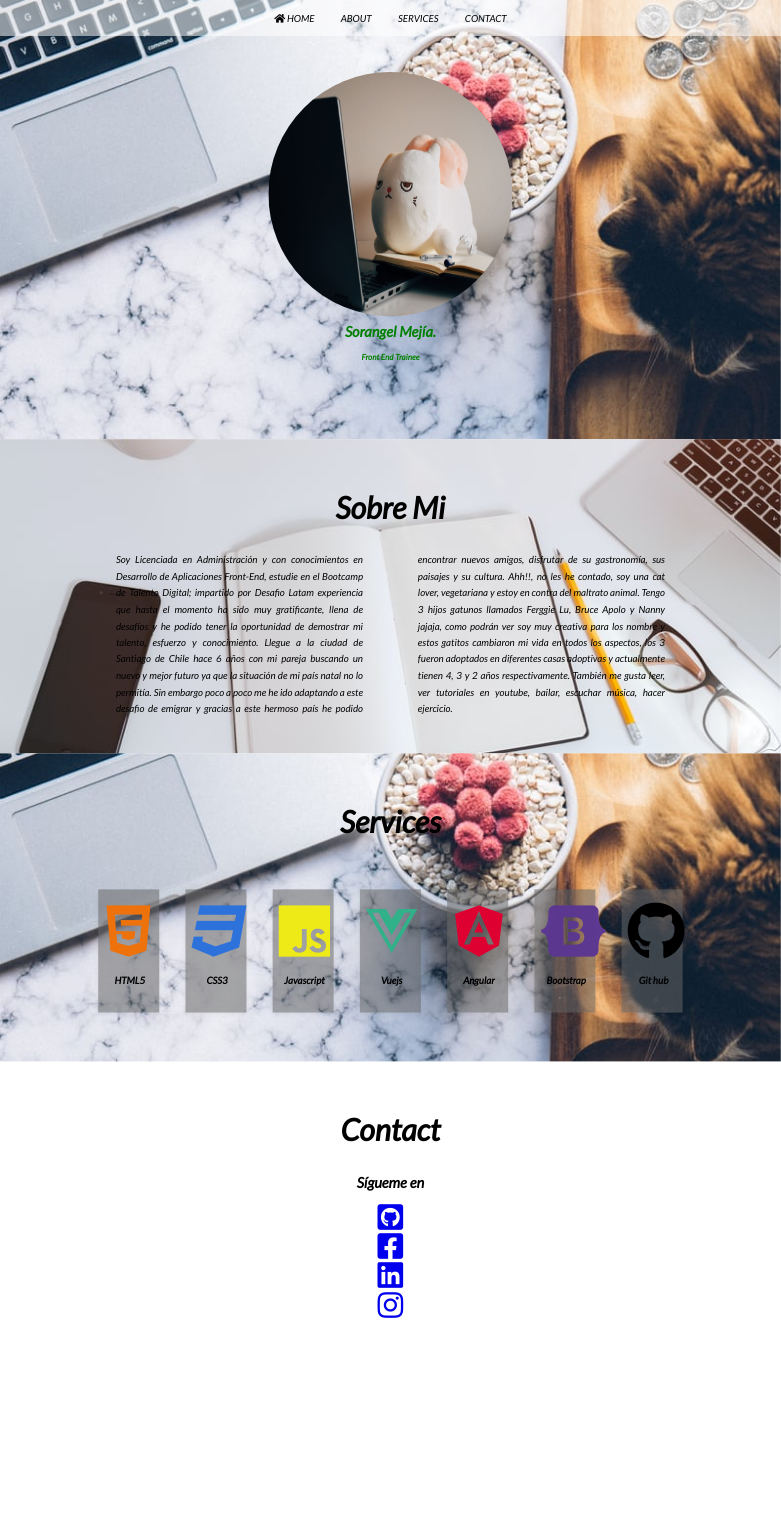
Repository: sory2311/portfolio-css
Page: index.html
The author's editor kept a copy of each file at every save. The page is drawn from the files as they stood at one save, then again after the next save.
The browser window is 1280 px wide. The pictures show the whole page, at 61% of full size.
Backgrounds fixed to the window are drawn as part of the page. Some web libraries are served in a nearby version.

Above is the page before, as saved 2021-05-27 17:54:32.

### index.html
<!DOCTYPE html>
<html lang="en">
  <head>
    <meta charset="UTF-8" />
    <meta name="viewport" content="width=device-width, initial-scale=1.0" />
    <title>Document</title>
    <link
      rel="stylesheet"
      href="https://cdnjs.cloudflare.com/ajax/libs/font-awesome/5.14.0/css/all.min.css"
    />
    <link
      href="https://fonts.googleapis.com/css2?family=Lato:ital@1&display=swap"
      rel="stylesheet"
    />
    <link rel="stylesheet" href="./css/style.css" />
  </head>

  <body>
    <nav class="sidebar">
      <a href="#home" class="sidebar-item"><i class="fas fa-home"></i> Home</a>
      <a href="#about" class="sidebar-item">About</a>
      <a href="#services" class="sidebar-item">Services</a>
      <a href="#contact" class="sidebar-item">Contact</a>
      <a href="javscript:void(0)" class="close"><i class="fa fa-times"></i></a>
    </nav>
    <a href="javscript:void(0)" class="open"><i class="fa fa-bars"></i></a>

    <!--aqui comienza el home-->
    <header id="home">
      <img src="./img/avatar2.jpeg" alt="Mi foto" class="avatar" />
      <h2 class="header-name">Sorangel Mejía.</h2>
      <h5 class="header-title">Front End Trainee</h5>
    </header>

    <!--aqui comienza el acerca de:-->
    <section id="about">
      <div class="container">
        <h1 class="section-title">Sobre Mi</h1>
        <p class="about-content">
          Soy Licenciada en Administración y con conocimientos en Desarrollo de Aplicaciones Front-End,
          estudie en el Bootcamp de Talento Digital; impartido por Desafio Latam
          experiencia que hasta el momento ha sido muy gratificante, llena de
          desafíos y he podido tener la oportunidad de demostrar mi
          talento, esfuerzo y conocimiento. Llegue a la ciudad de Santiago de Chile hace 6 años con mi pareja buscando un nuevo y mejor futuro
          ya que la situación de mi país natal no lo permitía. Sin embargo poco a poco me he ido adaptando a
          este desafio de emigrar y gracias a este hermoso país he podido encontrar nuevos amigos, disfrutar
          de su gastronomía, sus paisajes y su cultura.
          Ahh!!, no les he contado, soy una cat lover, vegetariana y estoy en contra del maltrato animal.
                    Tengo 3 hijos gatunos llamados Ferggie Lu, Bruce Apolo y Nanny jajaja, como podrán ver soy muy
                    creativa para los nombre y estos gatitos cambiaron mi vida en todos los aspectos, los 3
                    fueron
                    adoptados en diferentes casas adoptivas y actualmente tienen 4, 3 y 2 años respectivamente.
                    También me gusta leer, ver tutoriales en youtube, bailar, escuchar música, hacer
                    ejercicio.
        </p>
      </div>
    </section>
    <!--aqui comienza el servicios-->
    <section id="services">
      <div class="container">
        <h1 class="section-title">Services</h1>
        <div class="card">
          <i class="fab fa-html5 fa-6x icon-html5"></i>
          <div class="container">
            <h4 class="title">HTML5</h4>
          </div>
        </div>
        <div class="card">
          <i class="fab fa-css3 fa-6x icon-css3"></i>
          <div class="container">
            <h4 class="title">CSS3</h4>
          </div>
        </div>
        <div class="card">
          <i class="fab fa-js fa-6x icon-js"></i>
          <div class="container">
            <h4 class="title">Javascript</h4>

          </div>
        </div>
        <div class="card">
                <i class="fab fa-vuejs fa-6x icon-vuejs"></i>
                <div class="container">
                  <h4 class="title">Vuejs</h4>
                </div>
              </div>
              <div class="card">
                <i class="fab fa-angular fa-6x icon-angular"></i>
                <div class="container">
                  <h4 class="title">Angular</h4>

                </div>
              </div>
              <div class="card">
                    <i class="fab fa-bootstrap fa-6x icon-bootstrap"></i>
                    <div class="container">
                      <h4 class="title">Bootstrap</h4>

                    </div>
                  </div>
                  <div class="card">
                        <i class="fab fa-github fa-6x icon-github"></i>
                        <div class="container">
                          <h4 class="title">Git hub</h4>

                        </div>
                      </div>
      </div>
    </section>

    <!--aqui comienza el contacto-->
    <section id="contact">
      <div class="container">
        <h1 class="section-title">Contact</h1>
           <div class="row">
                  <div class="col-sm-6 text-white">
                      <h1 data-toggle="tooltip" data-placement="top" title="Mis Redes Sociales"><span>Sígueme en</span></h1>
                  </div>
                  <div class="col-sm-6 footer">
                      <div class="row">
                          <div class="icons-footer">
                              <a href="https://github.com/sory2311/" target='_blank'><i
                                      class="fab fa-github-square fa-3x"></i></a>
                          </div>
                          <div class="icons-footer">
                              <a href="https://www.facebook.com/sory.mejiab/" target='_blank'><i
                                      class="fab fa-facebook-square fa-3x"></i></a>
                          </div>
                          <div class="icons-footer">
                              <a href="https://www.linkedin.com/in/sorangel-mejía-berrios-803b10107/" target='_blank'><i
                                      class="fab fa-linkedin fa-3x"></i></a>
                          </div>
                          <div class="icons-footer">
                              <a href="https://www.instagram.com/ferbrunny.2102/" target='_blank'><i
                                      class="fab fa-instagram fa-3x"></i></a>
                          </div>
                      </div>
                  </div>
              </div>


      </div>
    </section>

    <script src="./js/main.js"></script>
  </body>
</html>

### css/style.css
body {
   margin: 0;
   font-family: 'Lato';
}
/* aqui comienza el SIDEBAR*/

.sidebar {
    background-color: #ffffff88;
    overflow: hidden;
    position: fixed;
    text-align: center;
    top: 0;
    width: 100%;
    z-index: 3;
}

.sidebar .sidebar-item {
    color: black;
    font-size: 1em;
    padding: 20px;
    margin: 0 auto;
    text-decoration: none;
    text-transform: uppercase;
    display: inline-block;
}

.sidebar .sidebar-item:hover {
    background-color: #cccccc;

}

.sidebar .close {
    color: black;
    display: none;
    font-size: 1em;
    padding: 10px;
    position: absolute;
    top: 0;
    right: 30px;

}
.sidebar .close:hover {
    color: #3e34cc;
}

.open {
    color: #3e34cc;
    display: none;
    font-size: 1em;
    position: absolute;
    right: 12%;
    padding: 10px;
    top: 0;
    z-index: 2;
}
/* aqui TERMINA el SIDEBAR*/

/* aqui COMIENZA el HOME*/

#home {
    width: 100%;
    height: 100vh;
    display: flex;
    flex-direction: column;
    justify-content: center;
    align-items: center;
    background-attachment: fixed;
    background-image: url(../img/fondo/fondo7.jpeg);
    background-position: center center;
    background-size: cover;
}

#home .avatar {
    border-radius: 200px;
    width:400px;
    height:400px;



}
#home .header-name, #home .header-title{
text-align: center;
margin: 10px;
color: green;
}

/* aqui Termina el HOME*/


/* ---------  aqui COMIENZA el ABOUT*/

#about {
    width: 100%;
    height: auto;
    text-align: center;
    background-attachment: fixed;
    background-image: url(../img/fondo/fondo4.jpeg);
    background-position: center center;
    background-size: cover;

}

#about .container {
    width: 100%;
    max-width: 1200px;
    margin: 0 auto;
    padding-top: 40px;
    padding-bottom: 40px;
}

#about .container .about-content{
    text-align: justify;
    column-count: 2;
    column-gap: 10%;
    margin: 20px auto;
    line-height: 1.7em;
    width: 75%;
}
/* ------------  aqui Termina el ABOUT    */


 /* LA SESION TITLE SE REFERIERE A TODOS NUESTROS H1*/
 .section-title {
     font-size: 50px;
     color: black;
     text-align: center;
 }
 /* LA SESION TITLE SE REFERIERE A TODOS NUESTROS H1*/


/* ------------  aqui COMIENZA el SERVICES   */

 #services {
     width: 100%;
     background-attachment: scroll;
     background-position: center center;
     background-size: cover;
     background-image: url(../img/fondo/fondo7.jpeg);
 }

 #services .container{
    width: 100%;
    max-width: 1200px;
    margin: 0 auto;
    text-align: center;
    padding-top: 40px;
    padding-bottom: 40px;
 }

 #services .container .card{
     background-color: #66666688;
     box-shadow: 0 4px 8px 0 #00000011;
     display: inline-block;
     margin: 40px 20px;
     padding: 20px 10px;
     width: 80px;
     text-align: center;
 }

 #services .container .card .container{
     padding: 2px;
     text-align: center;
 }

 #services .container .card .container h4,
 #services .container .card .container p {
    text-align: center;
    display: block;
 }

 #services .container .card .icon-html5 {
color: rgb(238, 114, 12)
 }

 #services .container .card .icon-css3 {
     color: rgb(45, 114, 218)
}
#services .container .card .icon-js {
    color: rgb(238, 234, 24)
}

#services .container .card .icon-vuejs {
    color: #31b189;
}

#services .container .card .icon-bootstrap {
    color: #5b3791fb;
}
#services .container .card .icon-angular {
    color: #DD0031;
}
/* ------------  aqui COMIENZA el CONTACTOS   */
#contact {
    width: 100%;
    height: auto;
    text-align: center;
    background-attachment: fixed;
    /*background-image: url(../img/fondo/fondo3.jpeg);*/
    background-position: center center;
    background-size: cover;
}

#contact .container {
    width: 100%;
    height: 100vh;
    padding-top: 40px;
    /*background-color: #ffffffdd;*/
    text-align: center;
}

/*#contact .container .section-title {
    color: #ffffff;
}*/





/*PARA TRABAJAR CON MEDIA QUERIES*/

@media only screen and (min-width: 375px) and (max-width: 410px) {
    #home .avatar {
        width: 50%;
    }

    #about .container .about-content {
        text-align: justify;
        column-count: 1;
        margin: 20px auto;
        line-height: 1.7em;
        width: 75%;
    }
    #contact .container form {
        width: 75%;
        margin: 0 auto;
        text-align: center;
    }

    #contact .container form .form-input {
        background-color: #ffffff44;
        border: 0;
        border-bottom: 1px solid #fff;
        border-radius: 10px;
        color: #000;
        display: block;
        margin: 10px;
        padding: 10px;
        width: 100%;
    }

    #contact .container form .form-button {
        border: 3px solid #3e34cc88;
        border-radius: 10px;
        display: block;
        background-color: #000;
        padding: 20px;
        margin: 0 10px;
        width: 100%;
        color: #3e34cc88;
        text-transform: uppercase;
        font-size: .8em;
    }
}

@media only screen and (min-width: 411px) and (max-width: 767px) {
    .sidebar {
        background-color: #3e34cc;
        height: 100%;
        padding-top: 40px;
        position: fixed;
        overflow-x: hidden;
        text-align: center;
        top: 0;
        transition: .5s;
        width: 0;
        z-index: 3;
    }

    .sidebar .sidebar-item {
        padding: 10px 0;
        margin: 0 auto;
        text-decoration: none;
        color: #fff;
        font-size: .8em;
        text-transform: uppercase;
        display: block;
        transition: .5s;
    }

    .sidebar .close {
        display: block;
        z-index: 3;
    }

    .open {
        display: block;
        font-size: 1em;
        z-index: 2;
    }

    #home .avatar {
        width: 75%;
    }

    #about .container .about-content {
        text-align: justify;
        column-count: 1;
        margin: 20px auto;
        line-height: 1.7em;
        width: 75%;
    }



}

@media only screen and (min-width: 768px) and (max-width: 1024px) {

    .sidebar {
        background-color: #3e34cc;
        height: 100%;
        padding-top: 40px;
        position: fixed;
        overflow-x: hidden;
        text-align: center;
        top: 0;
        transition: .5s;
        width: 0;
        z-index: 3;
    }

    .sidebar .sidebar-item {
        padding: 10px 0;
        margin: 0 auto;
        text-decoration: none;
        color: #fff;
        font-size: .8em;
        text-transform: uppercase;
        display: block;
        transition: .5s;
    }

    .sidebar .close {
        display: block;
        z-index: 3;
    }

    .open {
        position: fixed;
        display: block;
        font-size: 1em;
        z-index: 2;
    }

    #home .avatar {
        width: 300px;
    }
}

Loaded but not shown: js/main.js (no copy from this time; the picture is the same without it)

After the next save:
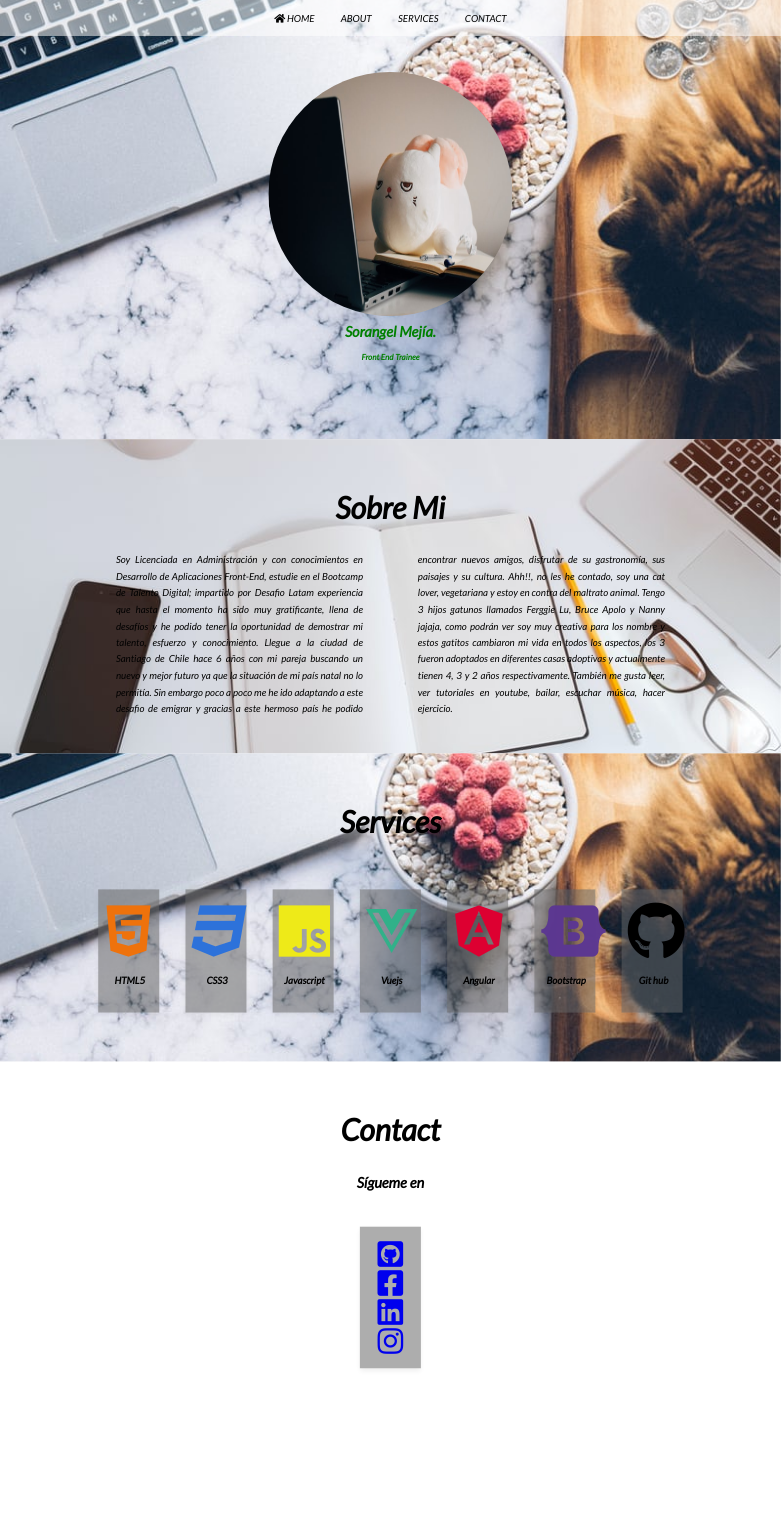
Saved 3 min 12 s later.
--- a/css/style.css
+++ b/css/style.css
@@ -207,6 +207,16 @@
     /*background-color: #ffffffdd;*/
     text-align: center;
 }
+    .footer{
+        background-color: #66666688;
+        box-shadow: 0 4px 8px 0 #00000011;
+        display: inline-block;
+        margin: 40px 20px;
+        padding: 20px 10px;
+        width: 80px;
+        text-align: center;
+    }
+
 
 /*#contact .container .section-title {
     color: #ffffff;
